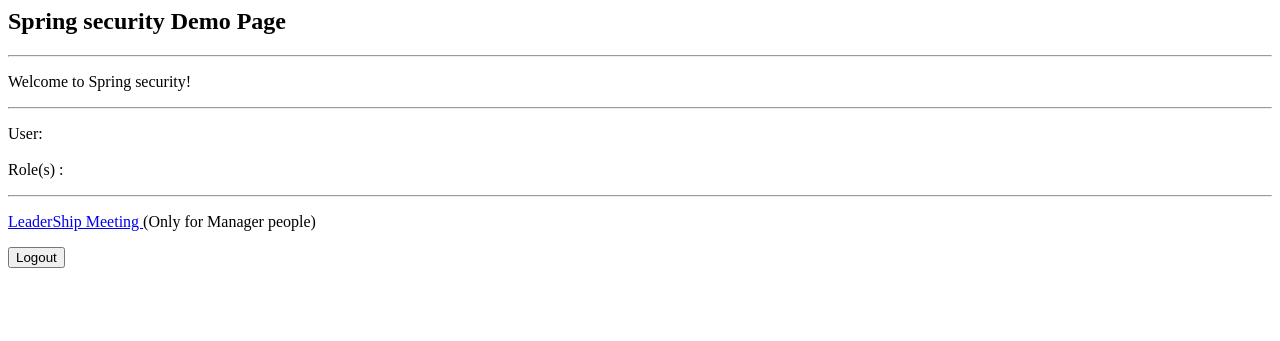
Repository: hardytomp/study-spring-hibernate-jpa-springboot-rest
Page: http://localhost/spring-security-demo-07-user-roles/WEB-INF/view/home.jsp
An editor plug-in stored every save of this project. The page is shown before and after the next save, followed by the edit.
The browser window is 1280 px wide. The pictures show the whole page.
The page is served by Tomcat 9. Nobody is signed in. The template is opened directly, without the code that normally fills it, so the values that code supplies are empty.

Above is the page before, as saved 2020-04-27 06:44:21.

After the next save:
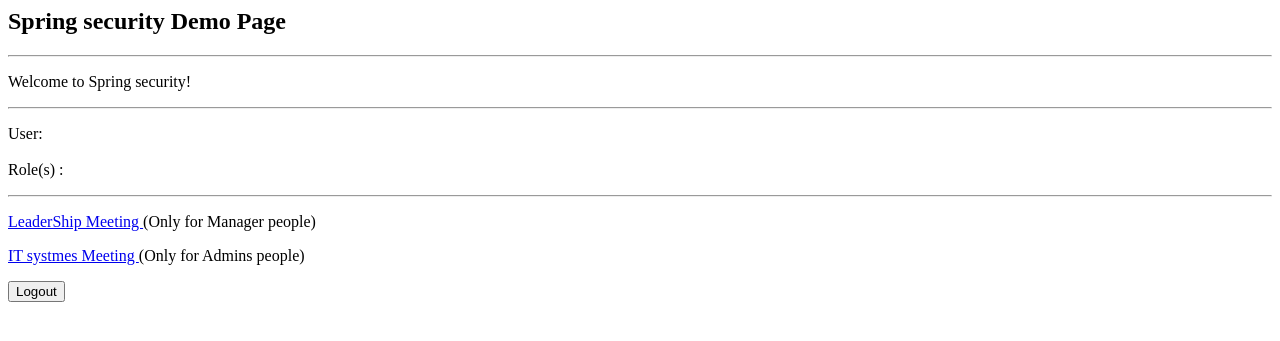
Saved 10 min 21 s later.
--- a/spring-security-demo-07-user-roles/src/main/webapp/WEB-INF/view/home.jsp
+++ b/spring-security-demo-07-user-roles/src/main/webapp/WEB-INF/view/home.jsp
@@ -29,7 +29,18 @@
 						<a href="${pageContext.request.contextPath}/leaders">LeaderShip Meeting </a>
 						(Only for Manager people)
 					</p>
+
+					<!--  Add a link to each specific admin pages -->
+					<p>
+						<a href="${pageContext.request.contextPath}/systems">IT systmes Meeting </a>
+						(Only for Admins people)
+					</p>
+
 				</hr>
+
+
+
+
 
 			</hr>
 
